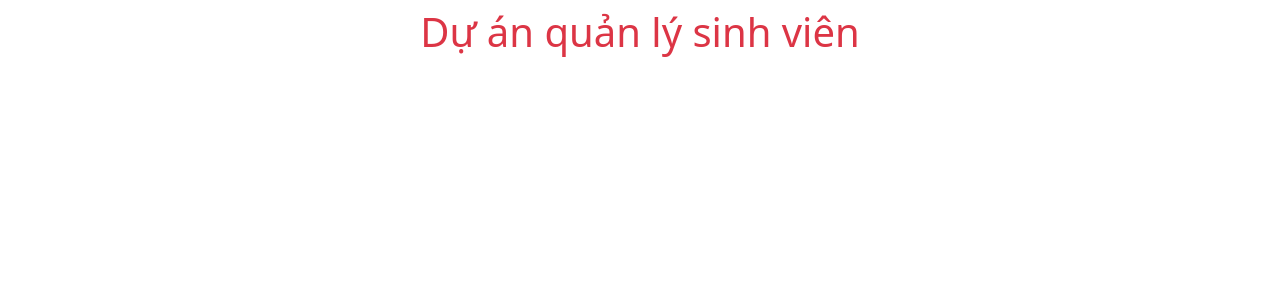
Repository: hcozyph/Cybersoft_JS_OOP
Page: index.html
The author's editor kept a copy of each file at every save. The page is drawn from the files as they stood at one save, then again after the next save.
The browser window is 1280 px wide. The pictures show the whole page.

Above is the page before, as saved 2023-02-26 09:15:33.

After the next save:
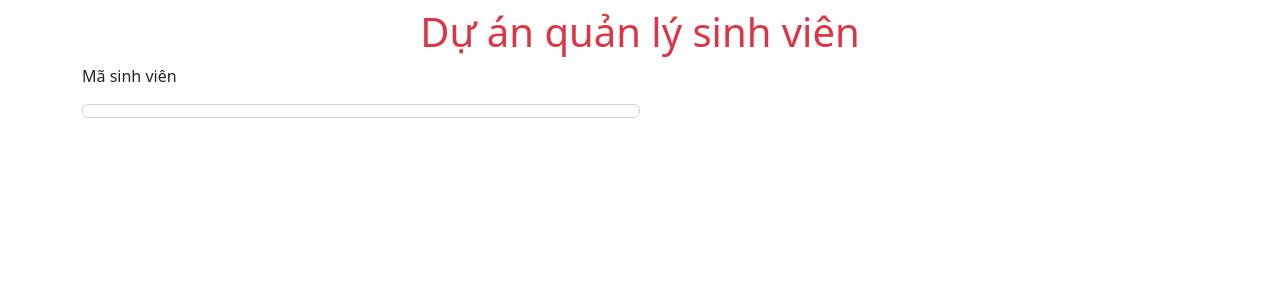
Saved 97 s later.
--- a/index.html
+++ b/index.html
@@ -29,7 +29,17 @@
                 </h3>
             </div>
 
-            <div class="content"></div>
+            <div class="content">
+                <div class="row"></div>
+                <div class="col-md-6">
+                    <div class="form-group">
+                        <p>Mã sinh viên</p>
+                        <div class="form-control" id="maSinhVien"></div>
+                    </div>
+                </div>
+
+                <div class="col-md-6"></div>
+            </div>
         </div>
 
         <!-- Bootstrap JavaScript Libraries -->
